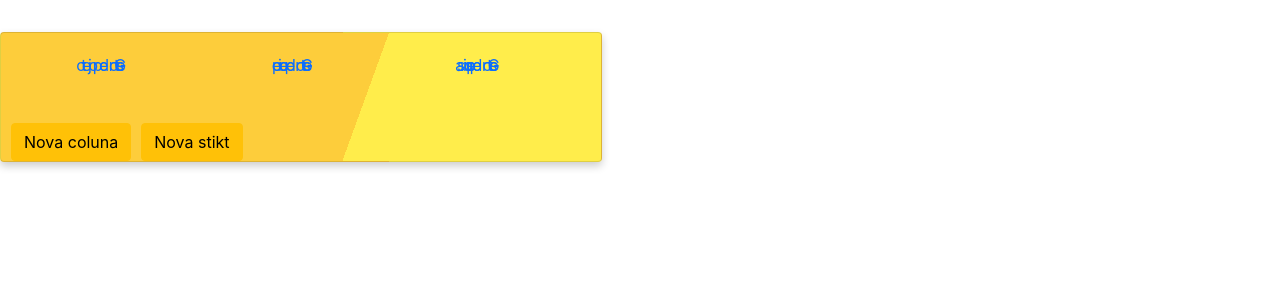
Repository: shadowruge/kanban
Page: index.html
An editor plug-in stored every save of this project. The page is shown before and after the next save, followed by the edit.
The browser window is 1280 px wide. The pictures show the whole page.

Above is the page before, as saved 2021-06-12 19:52:55.

After the next save:
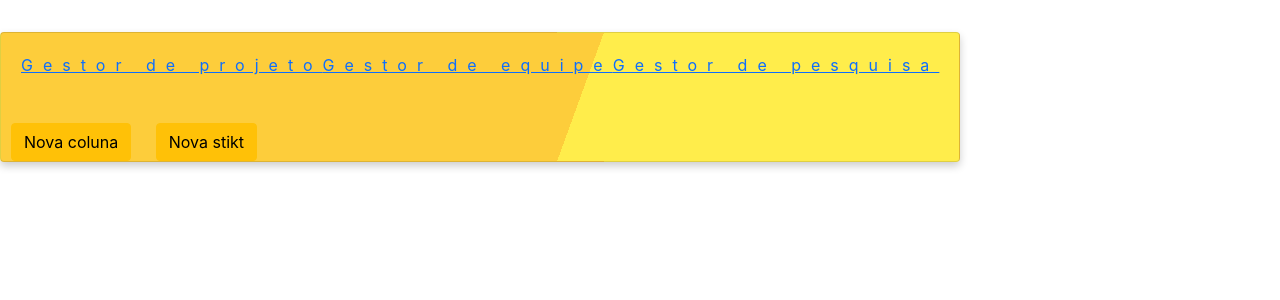
Saved 4 s later.
--- a/style.css
+++ b/style.css
@@ -26,7 +26,7 @@
   border-radius: 0.25em;
   display: table-cell;
   vertical-align: center;
-  letter-spacing: -10px;
+  letter-spacing: 10px;
   box-shadow: 0 4px 8px 0 rgba(0,0,0,0.2);
 }
 

After the 2 saves that followed:
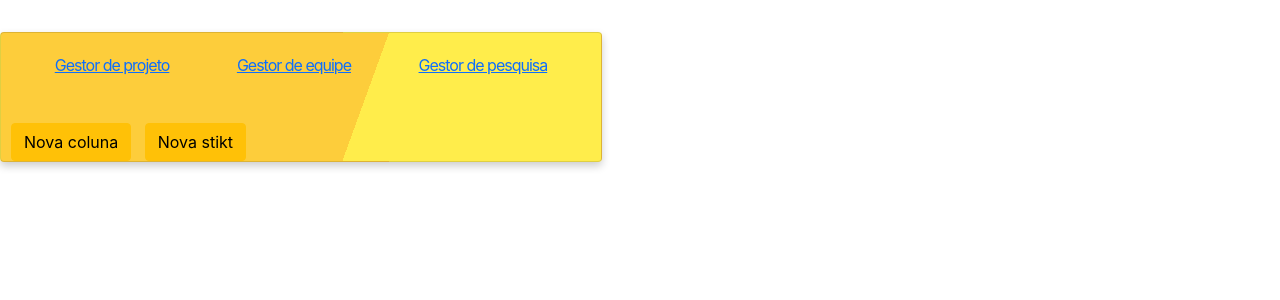
The 2 saves are shown as one change because they came seconds apart.
The last was saved 9 s later.
--- a/style.css
+++ b/style.css
@@ -26,7 +26,7 @@
   border-radius: 0.25em;
   display: table-cell;
   vertical-align: center;
-  letter-spacing: 10px;
+  letter-spacing: -1px;
   box-shadow: 0 4px 8px 0 rgba(0,0,0,0.2);
 }
 
